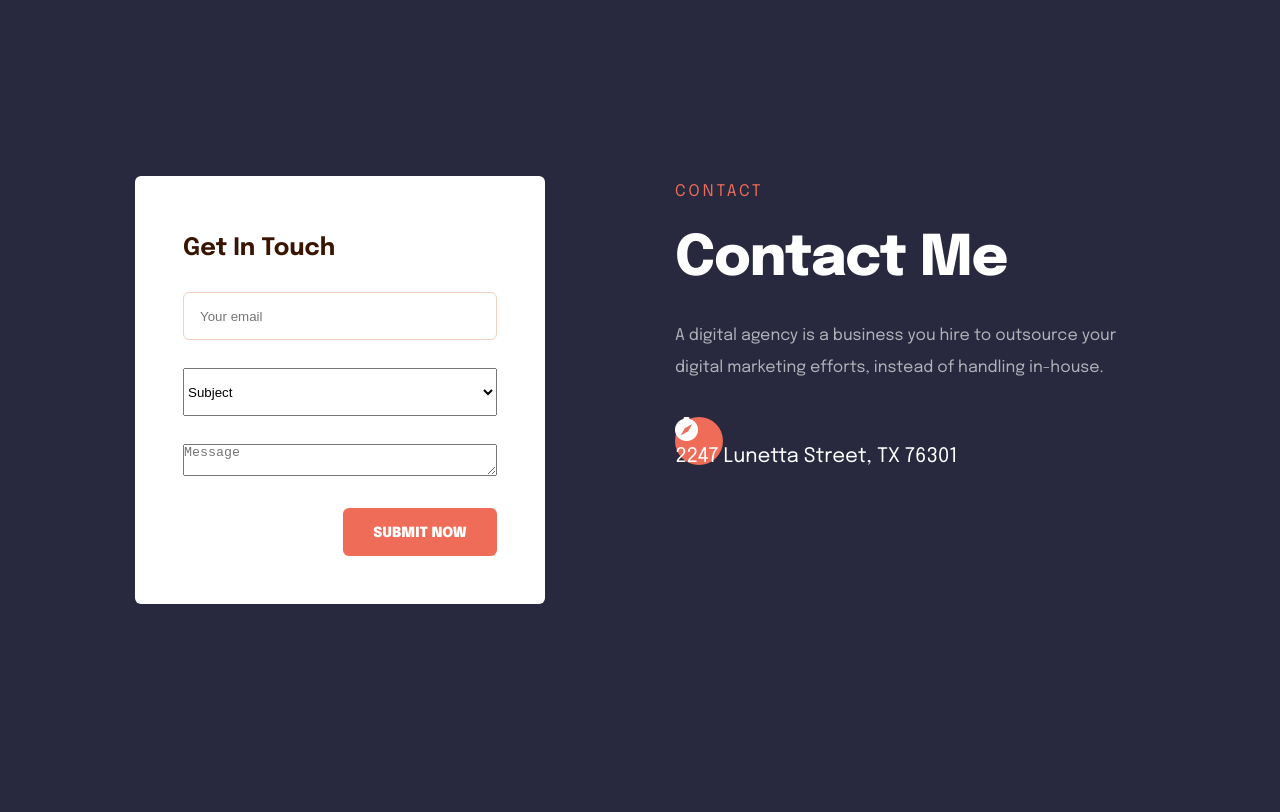
Repository: simralgasimov/contact-me
Page: index.html
An editor plug-in stored every save of this project. The page is shown before and after a run of saves, followed by the edit.
The browser window is 1280 px wide. The pictures show the whole page.

Above is the page before, as saved 2023-10-04 13:29:48.

After the next 2 saves:
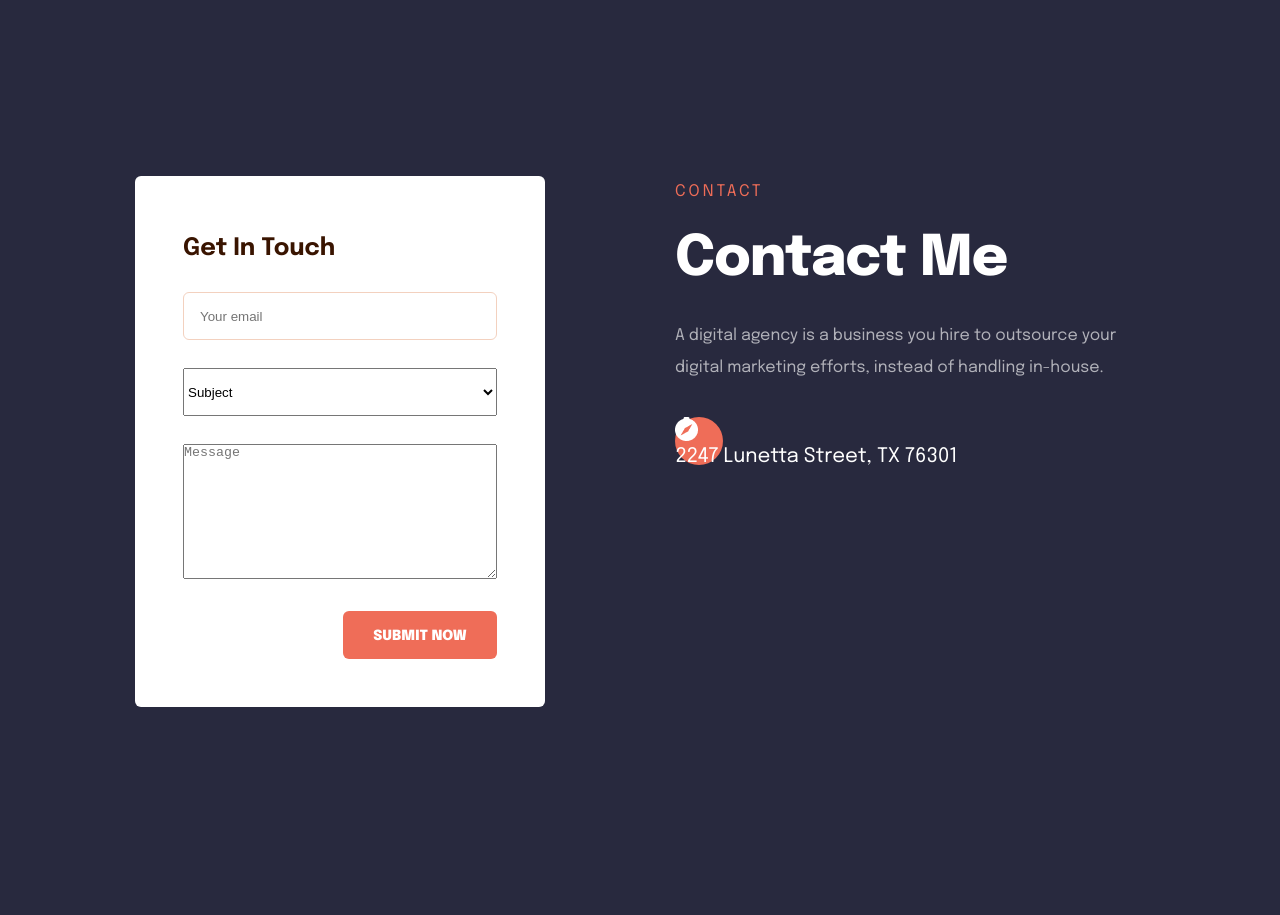
The 2 saves are shown as one change because they came seconds apart.
The last was saved 18 s later.
--- a/index.css
+++ b/index.css
@@ -58,7 +58,7 @@
   height: 48px;
 }
 
-.container  form [type="textarea"] {
+.container  textarea{
   height: 135px;
 }
 
